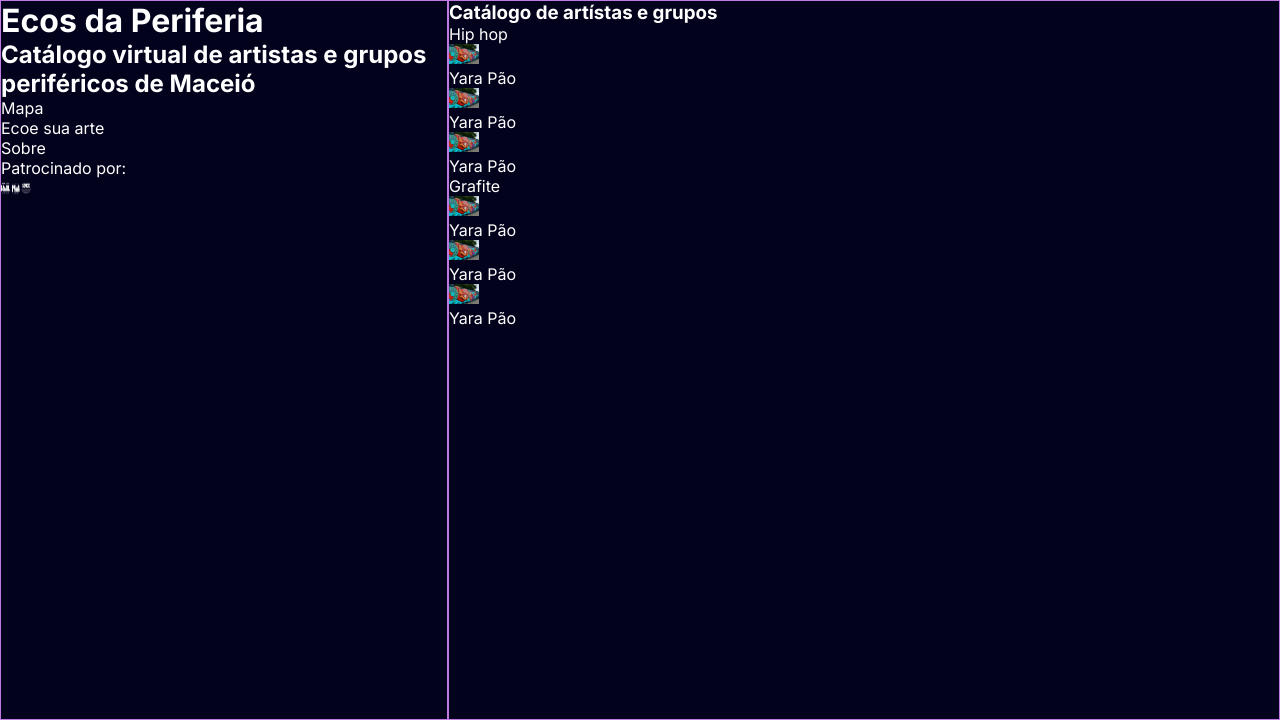
Repository: lucasthaynan/ecos-da-periferia
Page: index.html
An editor plug-in stored every save of this project. The page is shown before and after the next save, followed by the edit.
The browser window is 1280 px wide. The pictures show the whole page.

Above is the page before, as saved 2025-11-11 17:41:17.

After the next save:
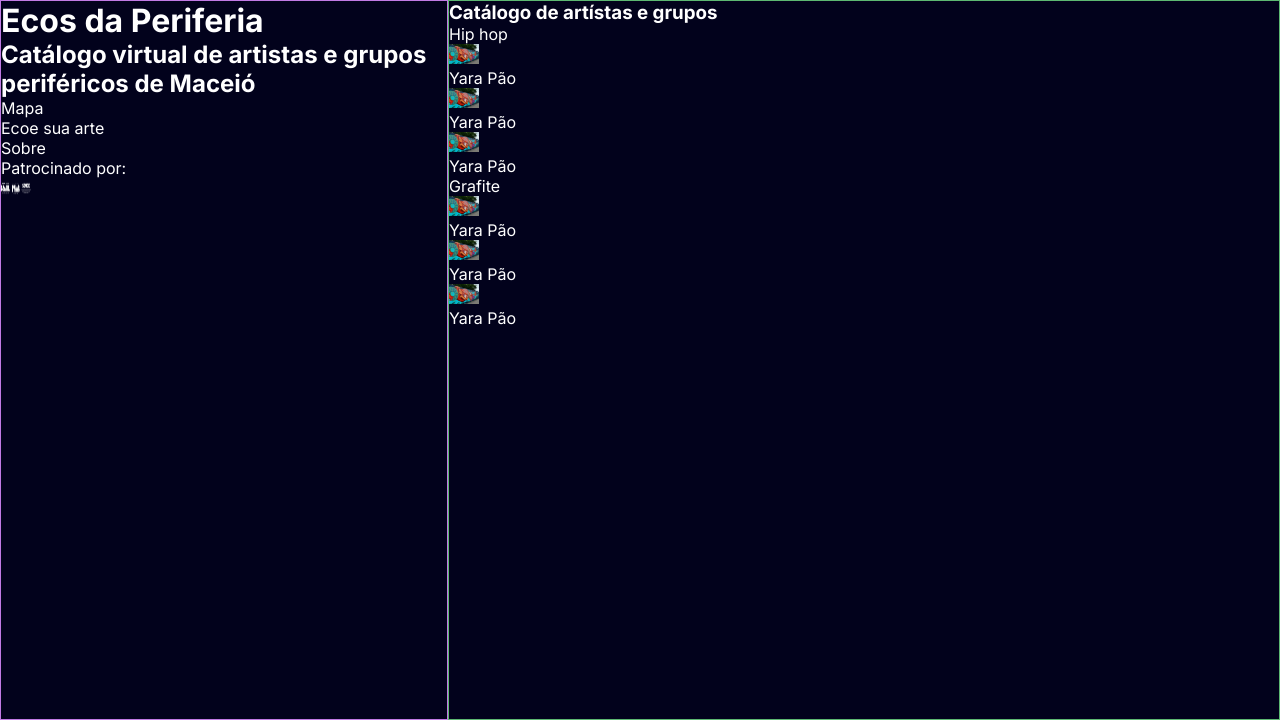
Saved 15 s later.
--- a/style.css
+++ b/style.css
@@ -30,17 +30,16 @@
     height: 20px;
 }
 
-header,
-section {
-    border: #C17AE4 solid 1px;
-}
+
 
 header {
     width: 35vw;
     height: 100vh;
+    border: #C17AE4 solid 1px;
 }
 
 section {
     width: 65vw;
     height: 100vh;
+    border: #5db872 solid 1px;
 }
